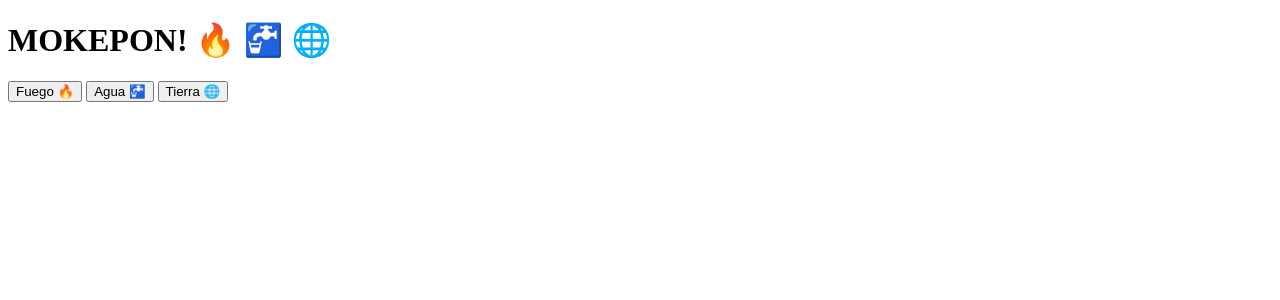
Repository: elto82/juegoMokepon
Page: mokepon/mokepon.html
An editor plug-in stored every save of this project. The page is shown before and after the next save, followed by the edit.
The browser window is 1280 px wide. The pictures show the whole page.

Above is the page before, as saved 2022-07-22 20:02:11.

After the next save:
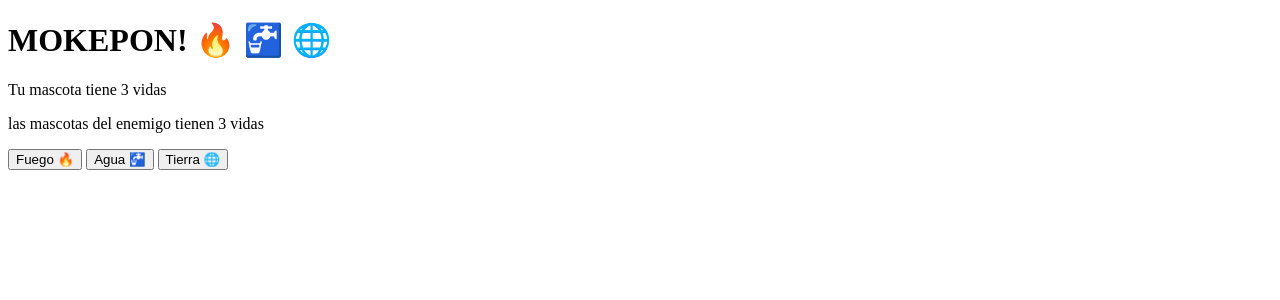
Saved 2 min 4 s later.
--- a/mokepon/mokepon.html
+++ b/mokepon/mokepon.html
@@ -14,6 +14,8 @@
   </section>
 
   <section id="seleccionar-ataque">
+    <p>Tu mascota tiene 3 vidas</p>
+    <p>las mascotas del enemigo tienen 3 vidas</p>
     <div>
       <button>Fuego 🔥</button>
       <button>Agua 🚰</button>
